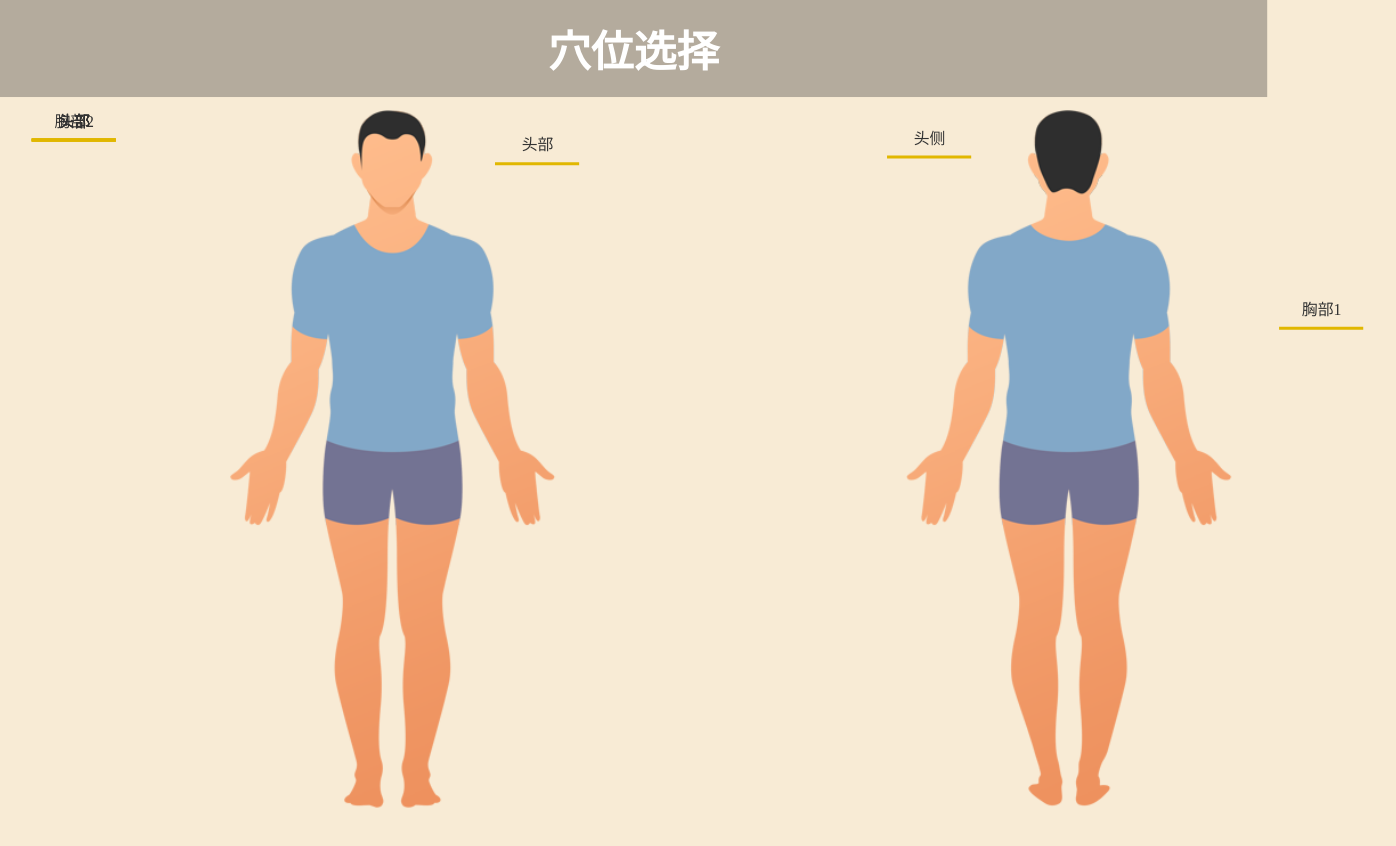
Repository: chjyume/zhongyi
Page: xuewei.html
These files come from the project's save history. The page is drawn as it stood at one moment and after the next save; the edit follows.
The browser window is 1280 px wide. The page is 1410 px wide, so the pictures cover 1410 px, including what lies to the right of the window. The pictures show the whole page, at 99% of full size.

Above is the page before, as saved 2023-09-12 21:07:15.

After the next save:
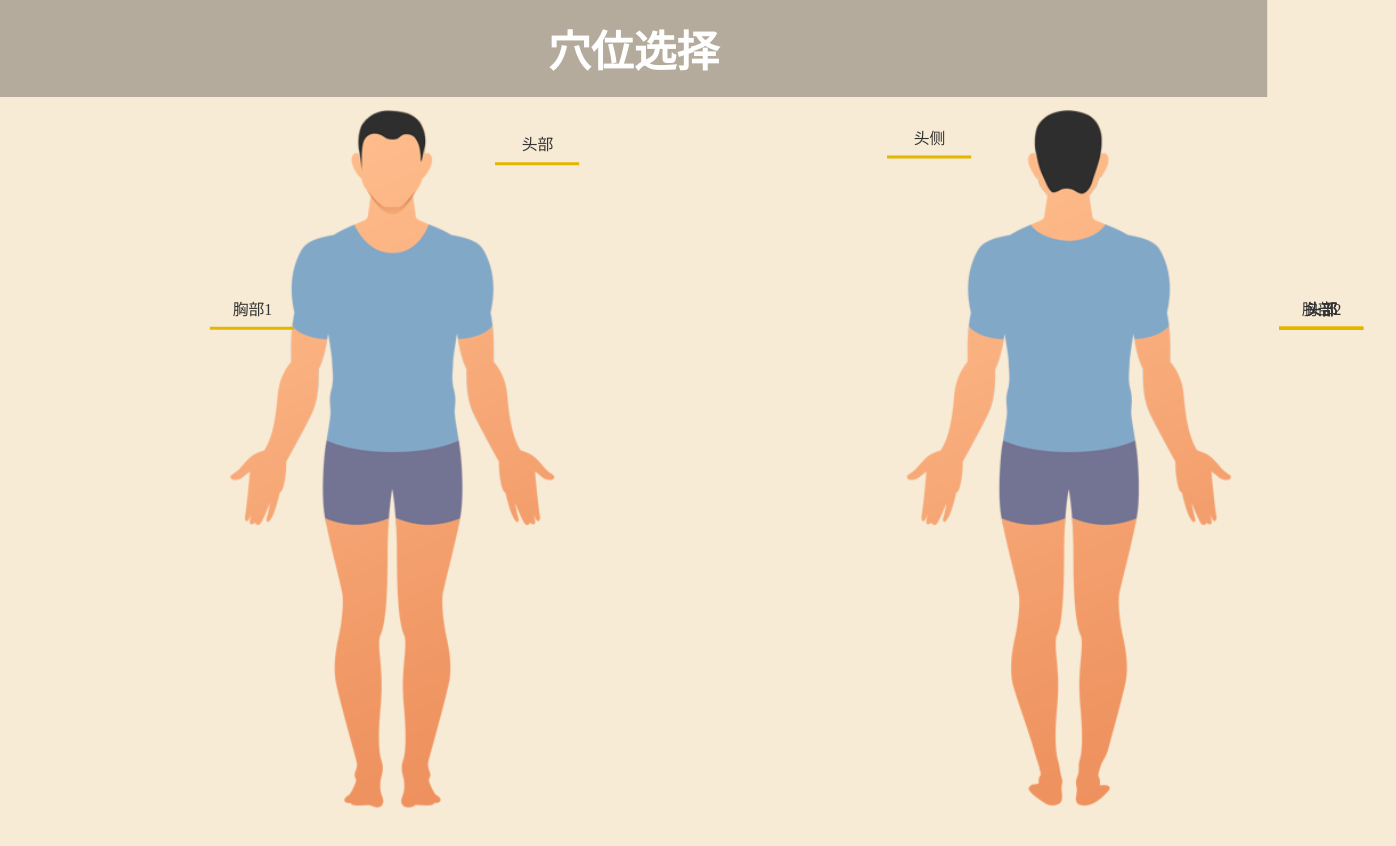
Saved 14 s later.
--- a/css/xuewei.css
+++ b/css/xuewei.css
@@ -49,7 +49,7 @@ margin: 0;
     top: 40vh;
     left: 25vh;
 }
-.btn3 {
+.btn4 {
     position: absolute;
     top: 40vh;
     left: 175vh;
